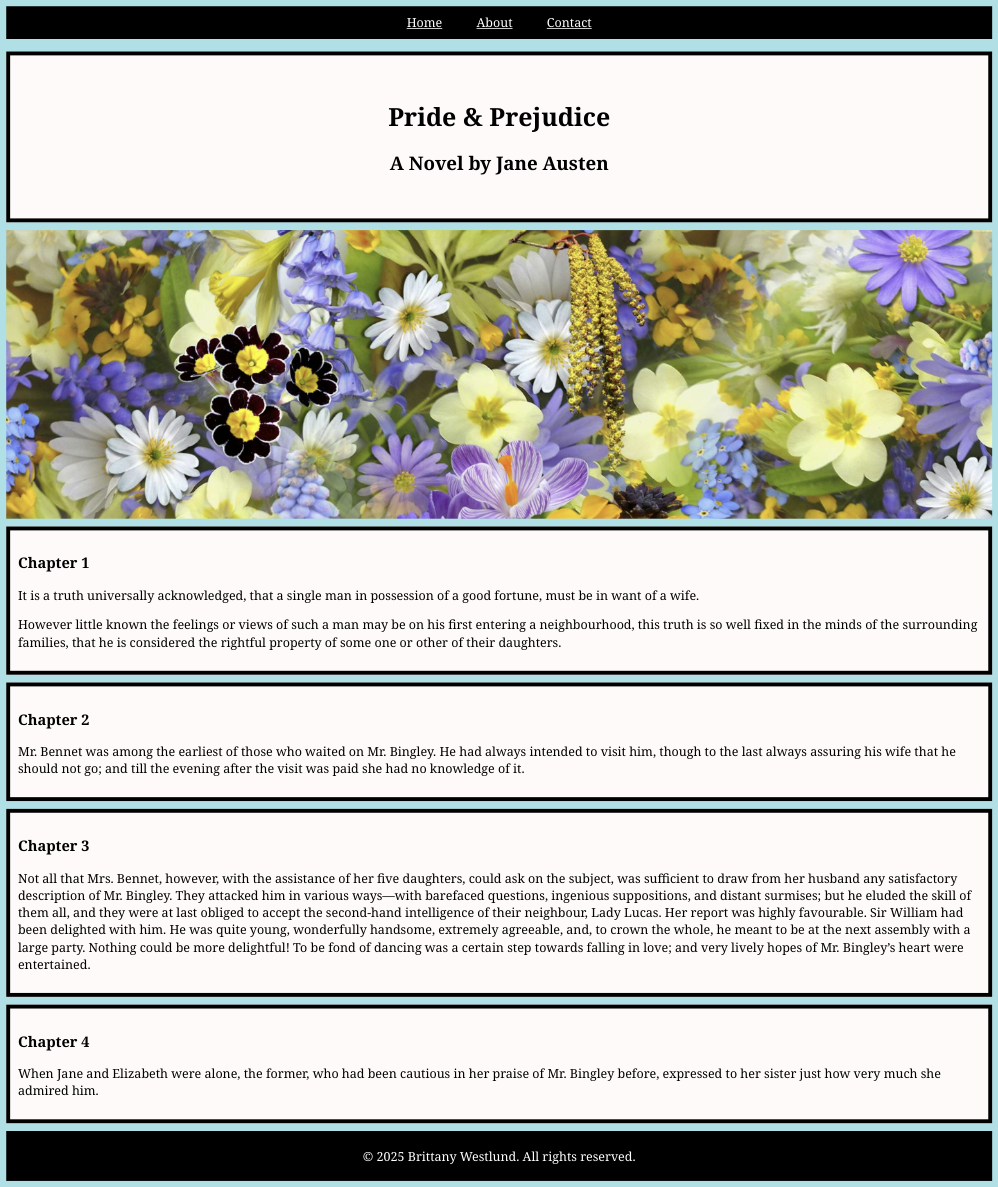
Repository: Brittany-Westlund/WebDesign
Page: Assignment2/index.html
An editor plug-in stored every save of this project. The page is shown before and after the next save, followed by the edit.
The browser window is 1280 px wide. The pictures show the whole page, at 78% of full size.

Above is the page before, as saved 2025-05-27 02:04:18.

### Assignment2/index.html
<head>
  <link rel="stylesheet" href="style/style.css">
</head>

<body>

<nav>
  <ul>
    <li><a href="index.html">Home</a></li>
    <li><a href="about.html">About</a></li>
    <li><a href="contact.html">Contact</a></li>
  </ul>
</nav>

<header>
  <h1>Pride & Prejudice</h1>
  <h2>A Novel by Jane Austen</h2>
</header>

<img src="images/wildflowers.png" alt="A closeup of wildflowers.">

<div>
  <h3>Chapter 1</h3>
    <p>It is a truth universally acknowledged, that a single man in possession of a good fortune, must be in want of a wife.</p>
    <p>However little known the feelings or views of such a man may be on his first entering a neighbourhood, this truth is so well fixed in the minds of the surrounding families, that he is considered the rightful property of some one or other of their daughters.</p>
</div>

<div>
  <h3>Chapter 2</h3>
    <p>Mr. Bennet was among the earliest of those who waited on Mr. Bingley. He had always intended to visit him, though to the last always assuring his wife that he should not go; and till the evening after the visit was paid she had no knowledge of it.</p>
</div>

<div>
  <h3>Chapter 3</h3>
    <p>Not all that Mrs. Bennet, however, with the assistance of her five daughters, could ask on the subject, was sufficient to draw from her husband any satisfactory description of Mr. Bingley. They attacked him in various ways—with barefaced questions, ingenious suppositions, and distant surmises; but he eluded the skill of them all, and they were at last obliged to accept the second-hand intelligence of their neighbour, Lady Lucas. Her report was highly favourable. Sir William had been delighted with him. He was quite young, wonderfully handsome, extremely agreeable, and, to crown the whole, he meant to be at the next assembly with a large party. Nothing could be more delightful! To be fond of dancing was a certain step towards falling in love; and very lively hopes of Mr. Bingley’s heart were entertained.</p>
</div>

<div>
  <h3>Chapter 4</h3>
    <p>When Jane and Elizabeth were alone, the former, who had been cautious in her praise of Mr. Bingley before, expressed to her sister just how very much she admired him.</p>
</div>

<footer>
  <p>&copy; 2025 Brittany Westlund. All rights reserved.</p>
</footer>

</body>

### Assignment2/style/style.css
/* Here is my body styling. It applies to all of the content on the page. */
    body {
        background-color: #B0E0E6;
    }

/* Here is my header styling */
    header {
        border: 5px solid #000000;
        padding: 35px;
        text-align: center;
        background-color: #FFFAFA;
        margin-bottom: 10px;
        font-family: Georgia, serif;
    }


/* Here is my navigation styling, including list and link styling */
    nav {
        max-width: 100%;
        margin: 0 auto;
        background-color: #000000;
    }

    ul {

        padding: 5px;
        text-align: center;
    }

    li {
        list-style-type: none;
        display: inline-block;
        font-family: Georgia, serif;
        margin: 0 10px;
        padding: 5px 10px;
    }

    a {
        color: #FFFFFF;
    }

/* Here is my div styling */
    div {
    background-color: #FFFAFA;
    padding: 10px;
    border: 5px solid #000000;
    margin-top: 10px;
    font-family: Georgia, serif;
    }

/* Here is my footer styling */
    footer {
    background-color: #000000;
    color: #FFFFFF;
    padding: 5px;
    text-align: center;
    margin-top: 10px;
    font-family: Georgia, serif;
    }

/* Here is my image styling */
    img {
        max-width: 100%;
        margin: 0 auto;
    }

After the next save:
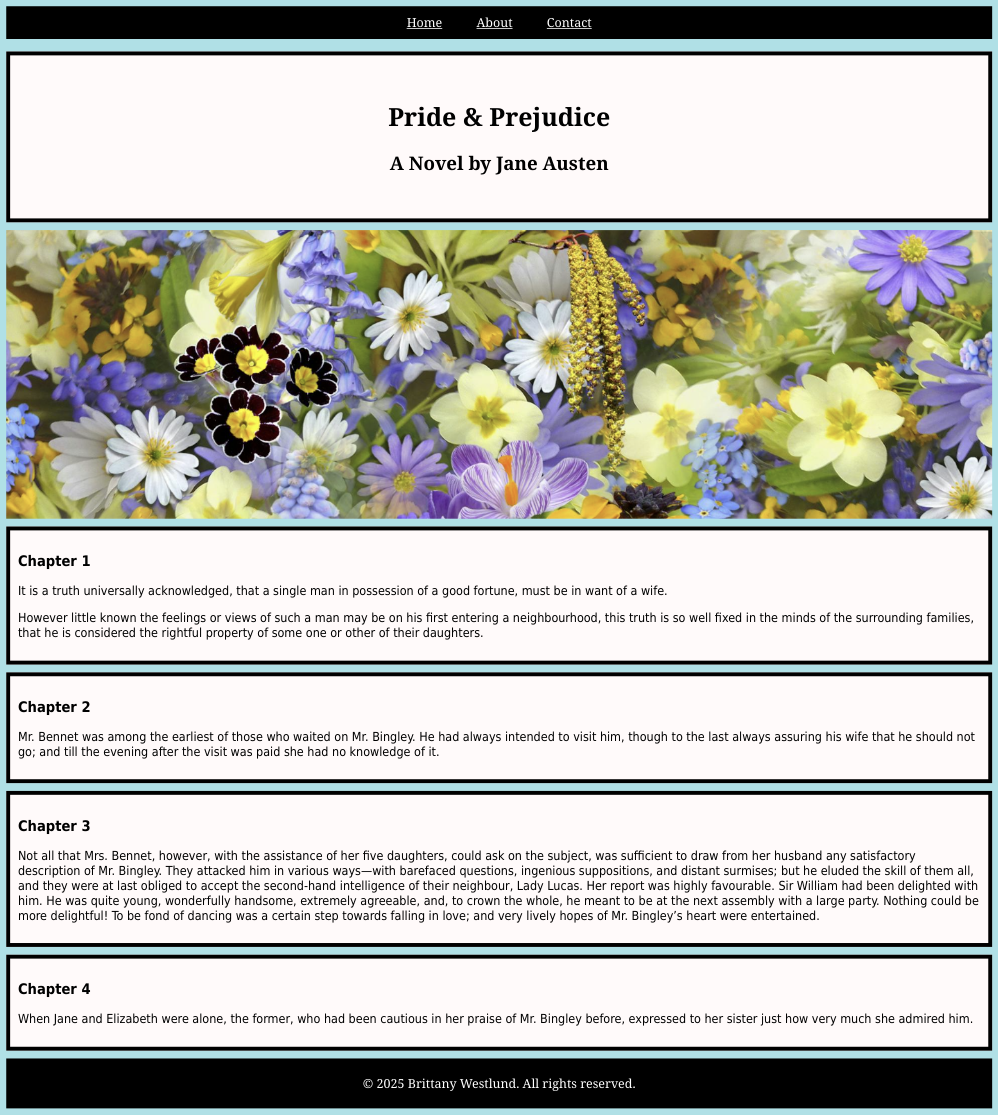
Saved 33 s later.
--- a/Assignment2/style/style.css
+++ b/Assignment2/style/style.css
@@ -45,7 +45,7 @@
     padding: 10px;
     border: 5px solid #000000;
     margin-top: 10px;
-    font-family: Georgia, serif;
+    font-family: Tahoma, sans-serif;
     }
 
 /* Here is my footer styling */
